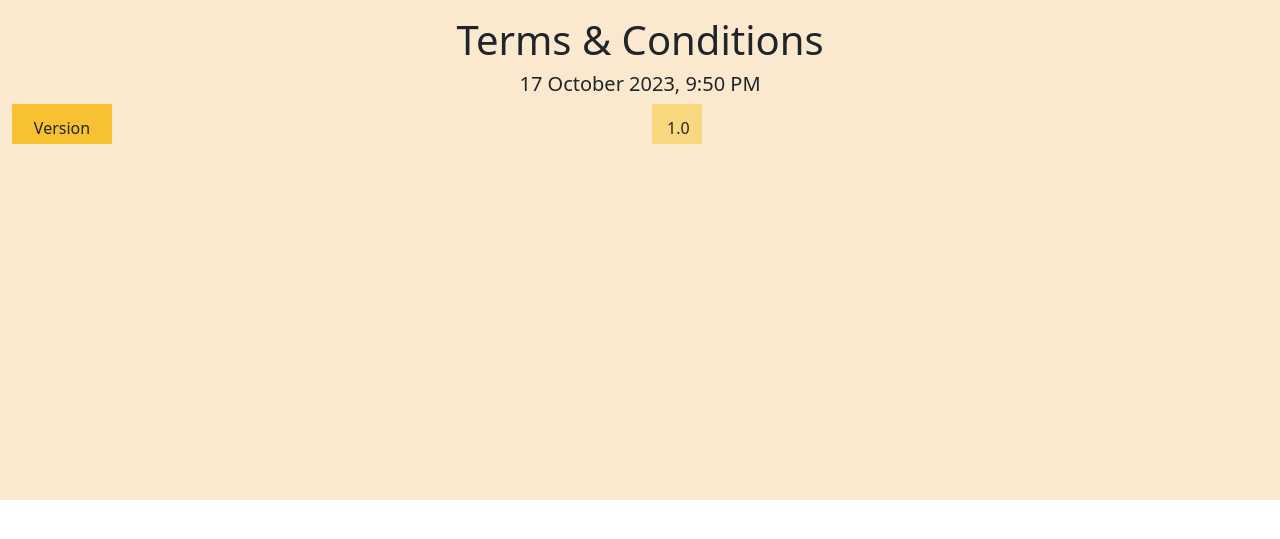
Repository: injectGroup/github.io
Page: terms.html
An editor plug-in stored every save of this project. The page is shown before and after the next save, followed by the edit.
The browser window is 1280 px wide. The pictures show the whole page.

Above is the page before, as saved 2023-11-29 14:08:44.

### terms.html
<!doctype html>
<html lang="en">

<head>
    <meta charset="utf-8">
    <meta name="viewport" content="width=device-width, initial-scale=1">
    <title>Bootstrap demo</title>
    <!-- GOULD CUSTOM CSS-->
    <link rel="stylesheet" href="/gouldwalletlegal/css/gouldcustom.css">
    <!--- BOOTSTRAP CDN -->
    <link href="https://cdn.jsdelivr.net/npm/bootstrap@5.3.2/dist/css/bootstrap.min.css" rel="stylesheet"
        integrity="sha384-T3c6CoIi6uLrA9TneNEoa7RxnatzjcDSCmG1MXxSR1GAsXEV/Dwwykc2MPK8M2HN" crossorigin="anonymous">
</head>

<body>
    <!-- Content here -->
    <div class="container-fluid text-center terms-content">
        <div class="row align-items-center">
            <div class="col align-self-center">
                <h1 class="text-center">
                    Terms & Conditions
                </h1>
            </div>
        </div>
        <div class="row align-items-center">
            <h5 class="version-date">
                17 October 2023, 9:50 PM
            </h5>
            <div class="col align-self-center">
                <h6 class="version">
                    Version
                </h6>
            </div>
            <div class="col">
                <h6 class="version-number">1.0</h6>
            </div>
        </div>
    </div>
    <!-- BOOTSTRAP JS-->
    <script src="https://cdn.jsdelivr.net/npm/bootstrap@5.3.2/dist/js/bootstrap.bundle.min.js"
        integrity="sha384-C6RzsynM9kWDrMNeT87bh95OGNyZPhcTNXj1NW7RuBCsyN/o0jlpcV8Qyq46cDfL"
        crossorigin="anonymous"></script>
</body>

</html>

### gouldwalletlegal/css/gouldcustom.css
/*
 *AUTHOR: Abdulkadir Mohammed @ Inject
 *DATE: Wed 29 November 2023
  *
 *This is a custom css for gould wallet.
 */
/*****************************
 *********** HEAD ***********
 *****************************/
.terms-content {
    background-color: #FAE9CE;
    padding: 16px 0px 16px 0px;
    height: 500px;
    width: 100%;
    padding-right: 15px;
    padding-left: 15px;
    margin-right: auto;
    margin-left: auto;
    display: block;
    box-sizing: border-box;
}

.version {
    width: 100px;
    background-color: #F7C132;
    padding: 15px;
    width: 100px !important;
    height: 40px !important;
    align-items: center;
}

.version-number {
    background-color: #F9D77E;
    padding: 15px;
    width: 50px !important;
    height: 40px !important;
}


/*****************************
  *********** BODY ***********
 *****************************/

/*****************************
 *********** FOOTER ***********
*****************************/

After the next save:
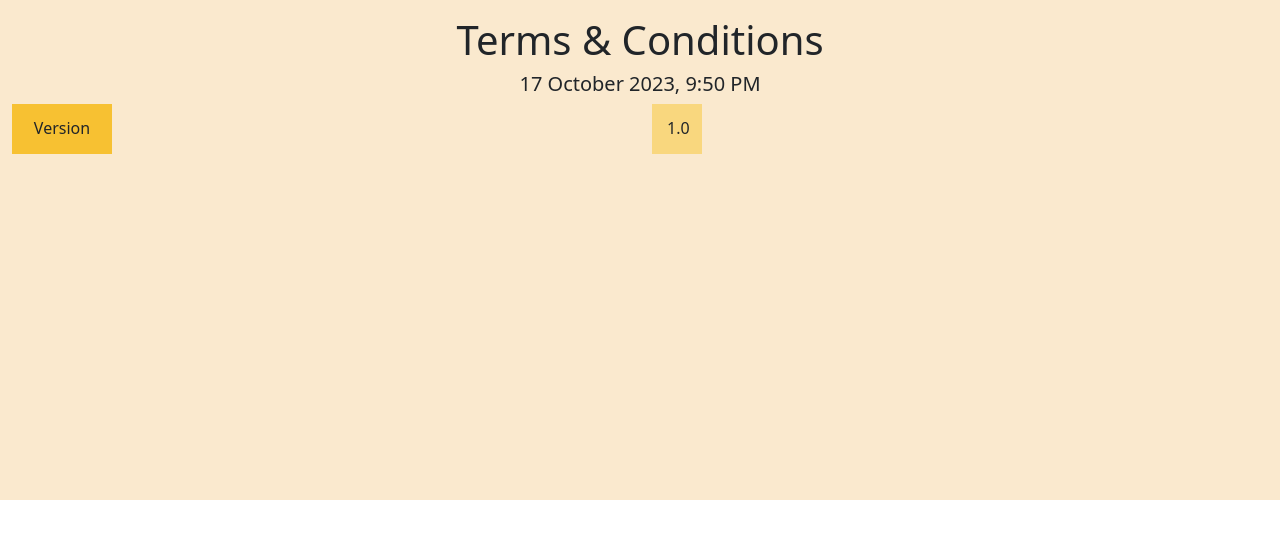
Saved 3 min 1 s later.
--- a/gouldwalletlegal/css/gouldcustom.css
+++ b/gouldwalletlegal/css/gouldcustom.css
@@ -25,15 +25,14 @@
     background-color: #F7C132;
     padding: 15px;
     width: 100px !important;
-    height: 40px !important;
-    align-items: center;
+    height: 50px !important;
 }
 
 .version-number {
     background-color: #F9D77E;
     padding: 15px;
     width: 50px !important;
-    height: 40px !important;
+    height: 50px !important;
 }
 
 
